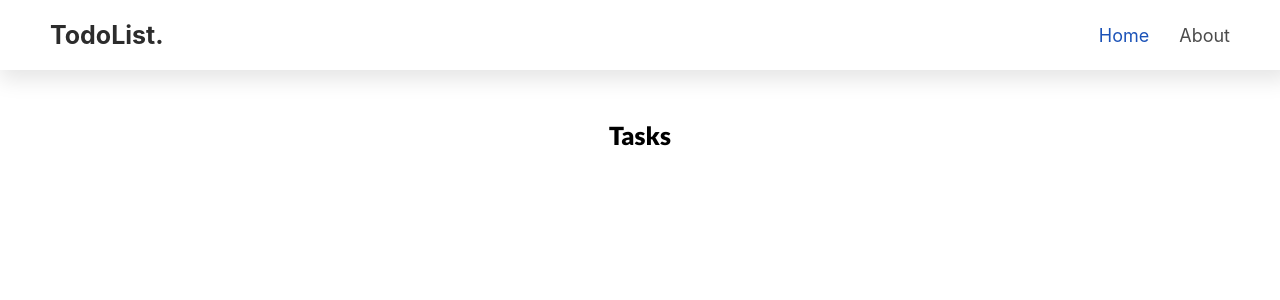
Repository: dqhuy153/react-todoList
Page: /
The author's editor kept a copy of each file at every save. The page is drawn from the files as they stood at one save, then again after the next save.
The browser window is 1280 px wide. The pictures show the whole page.
The project was rebuilt for these pictures with package versions that can differ from the ones it lists, and the page was loaded fresh each time. Also part of the build but not shown: src/components/UI/LoadingSpinner.module.scss.

Above is the page before, as saved 2021-09-16 19:35:26.

After the next save:
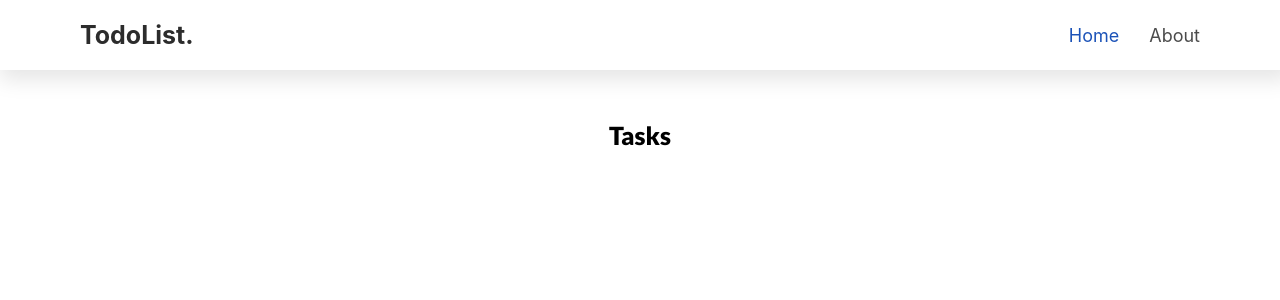
Saved 10 s later.
--- a/src/components/layout/AppNavigation.module.scss
+++ b/src/components/layout/AppNavigation.module.scss
@@ -5,7 +5,7 @@
   align-items: center;
   justify-content: space-between;
   background-color: #ffffff;
-  padding: 0 5rem;
+  padding: 0 8rem;
   box-shadow: 5px 5px 20px 5px rgba(0, 0, 0, 0.1);
 }
 
